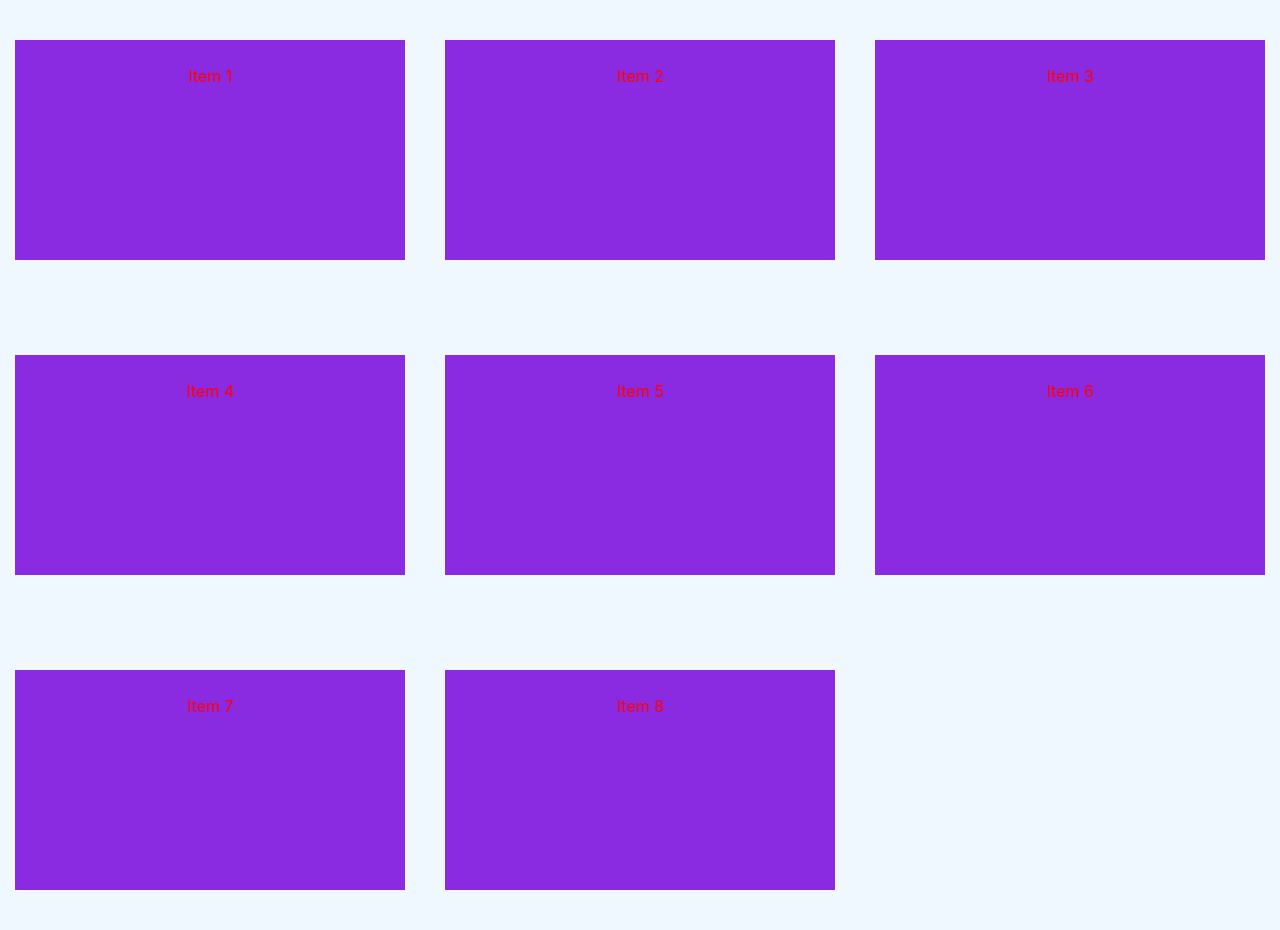
Repository: thai-shriya/anxiety-tracker
Page: /
The author's editor kept a copy of each file at every save. The page is drawn from the files as they stood at one save, then again after the next save.
The browser window is 1280 px wide. The pictures show the whole page.
The project was rebuilt for these pictures with package versions that can differ from the ones it lists, and the page was loaded fresh each time.

Above is the page before, as saved 2024-04-22 15:15:03.

### src/App.js
import './App.css';

function App() {
  return (
    <div className='grid-container'>
      <div className='grid-item'><p>Item 1</p></div>
      <div className='grid-item'><p>Item 2</p></div>
      <div className='grid-item'><p>Item 3</p></div>
      <div className='grid-item'><p>Item 4</p></div>
      <div className='grid-item'><p>Item 5</p></div>
      <div className='grid-item'><p>Item 6</p></div>
      <div className='grid-item'><p>Item 7</p></div>
      <div className='grid-item'><p>Item 8</p></div>
    </div>

  );
}

export default App;

### src/App.css
.grid-container{
  display: grid;
  grid-template-columns: auto auto auto;
  grid-template-rows: auto;
  column-gap: 10px;
  row-gap: 15px;
  background-color:aliceblue
}

.grid-item{
  padding: 10px;
  text-align: center;
  border: 1px red;
  background-color:blueviolet;
  margin: 40px 15px 40px 15px;
  height: 200px;
}

.grid-item p{
  color: red;
}

Loaded but not shown: public/index.html (common file); src/index.js (common file); src/index.css (common file); src/reportWebVitals.js (common file)

After the next save:
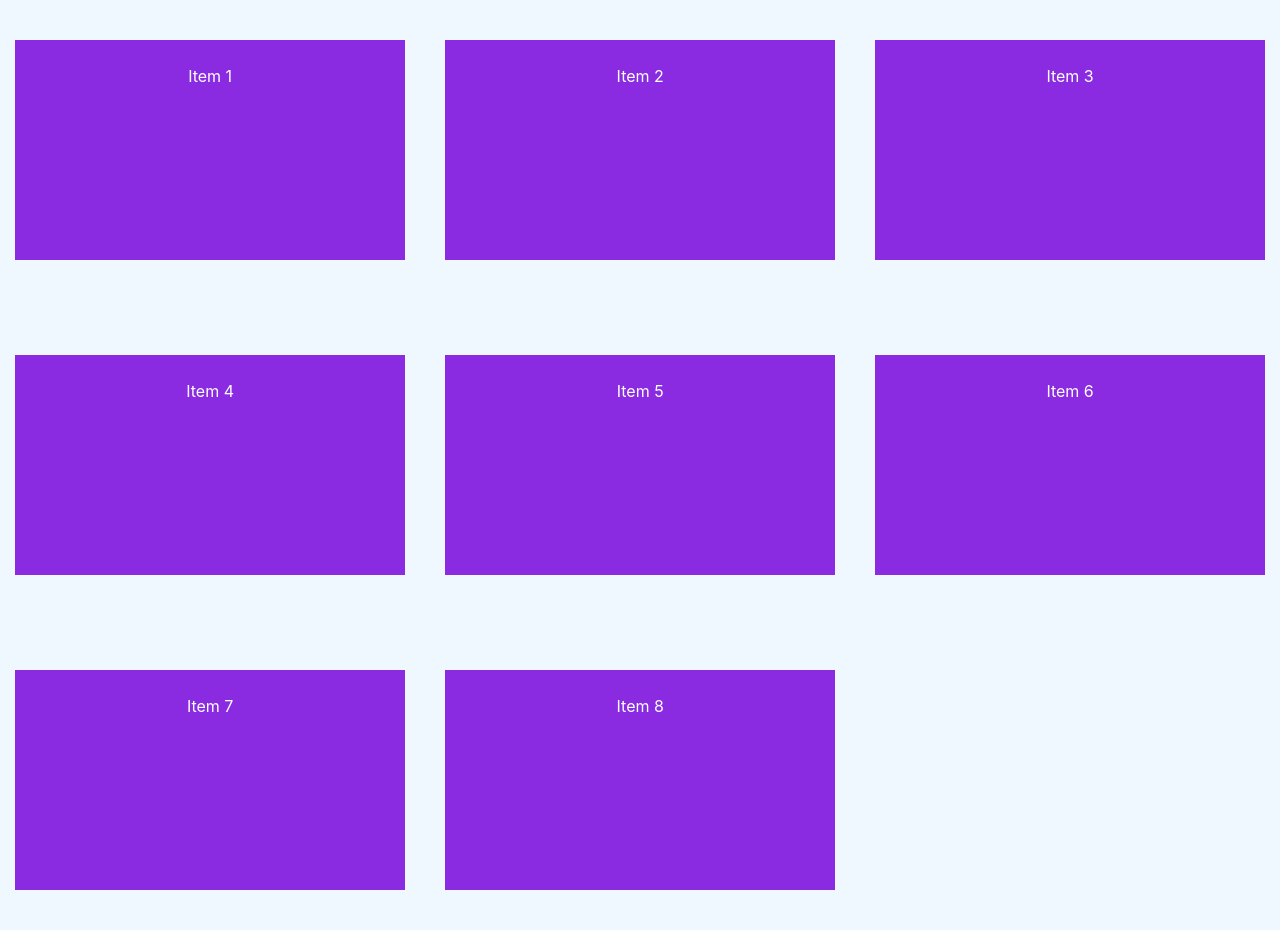
Saved 9 s later.
--- a/src/App.css
+++ b/src/App.css
@@ -17,5 +17,5 @@
 }
 
 .grid-item p{
-  color: red;
+  color: white;
 }
